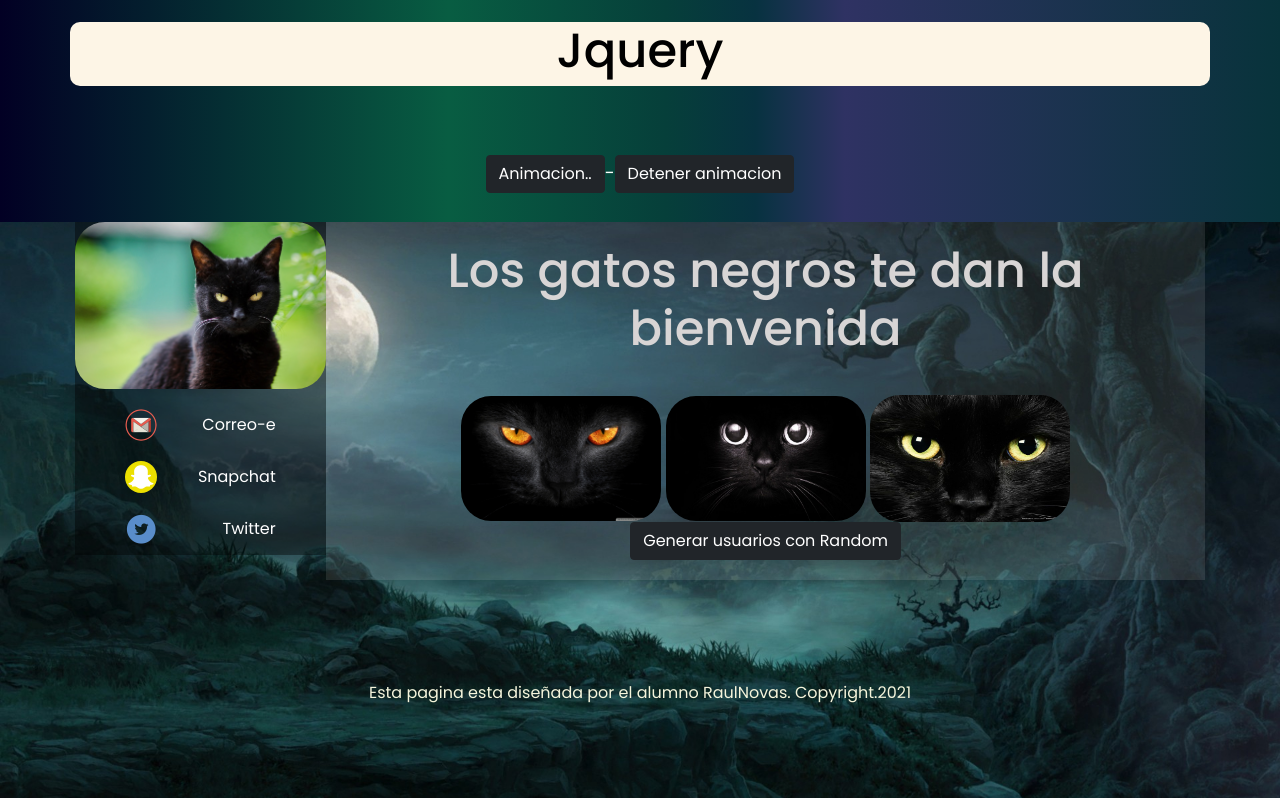
Repository: raul4264/final2
Page: index.html
An editor plug-in stored every save of this project. The page is shown before and after the next save, followed by the edit.
The browser window is 1280 px wide. The pictures show the whole page.

Above is the page before, as saved 2021-07-14 09:23:22.

After the next save:
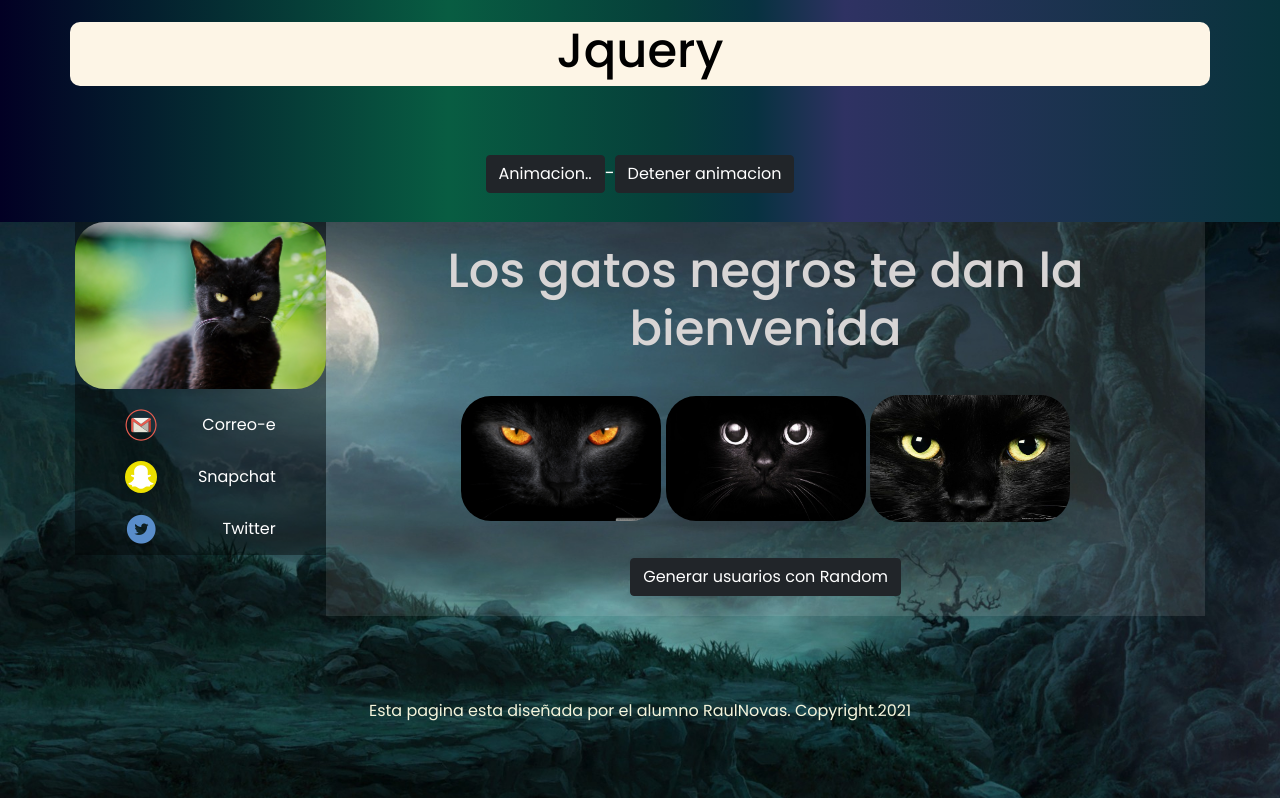
Saved 24 s later.
--- a/style.css
+++ b/style.css
@@ -161,7 +161,7 @@
     background-size: cover;
 
 }
-#usuario{
+#usuarios{
     margin-top: 5vh;
 }
 

After the save that followed:
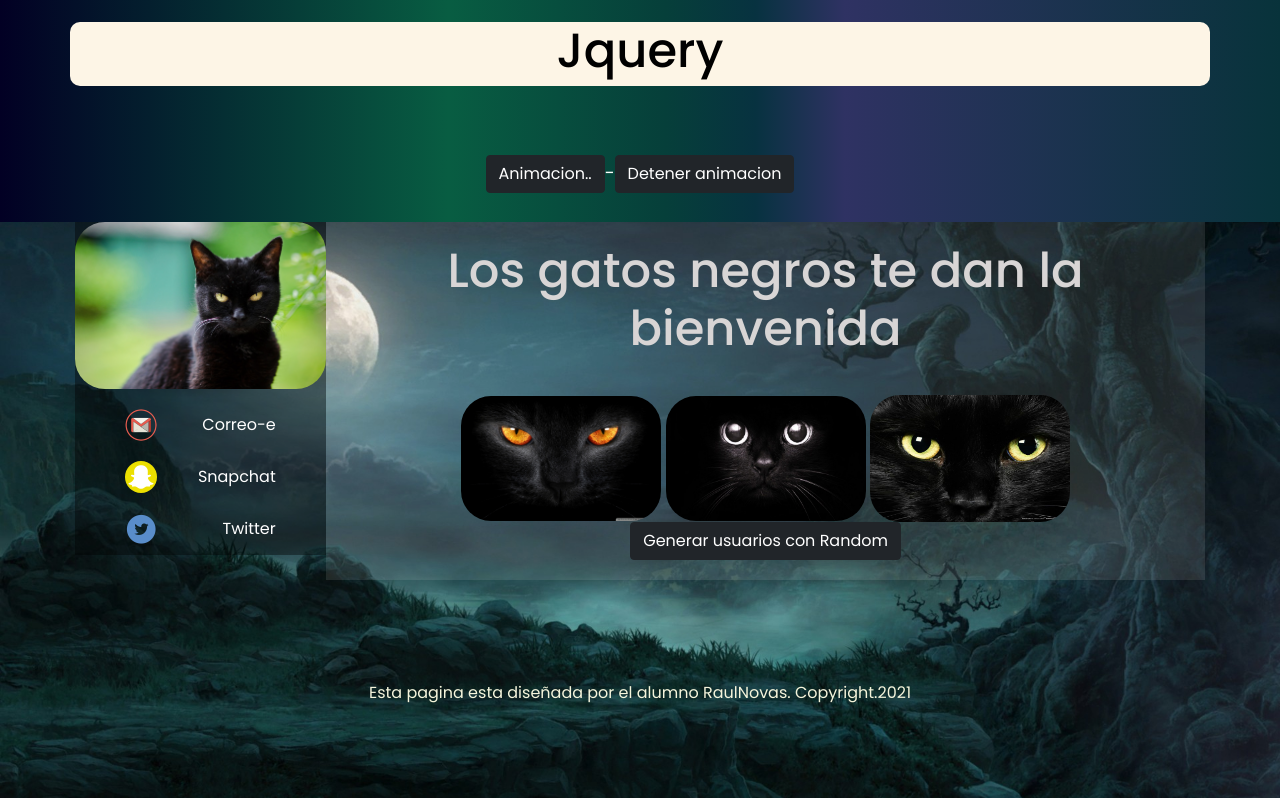
Saved 5 min 47 s later.
--- a/style.css
+++ b/style.css
@@ -154,11 +154,7 @@
     padding: 0;
 }
 
-.contenido ul li {
-    flex-basis: 30%;
-    height: 200px;
-    background-position: center center;
-    background-size: cover;
+
 
 }
 #usuarios{
